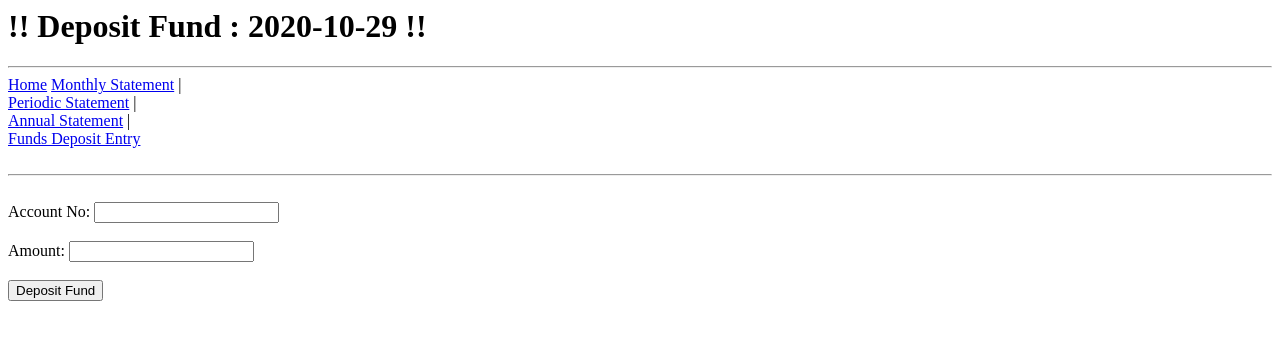
Repository: anik84/ibs
Page: http://localhost/IBS/ibs_representative_funds_deposit_form.jsp
These files come from the project's save history. The page is drawn as it stood at one moment and after the next save; the edit follows.
The browser window is 1280 px wide. The pictures show the whole page.
The page is served by Tomcat 9.

Above is the page before, as saved 2020-11-02 04:18:49.

After the next save:
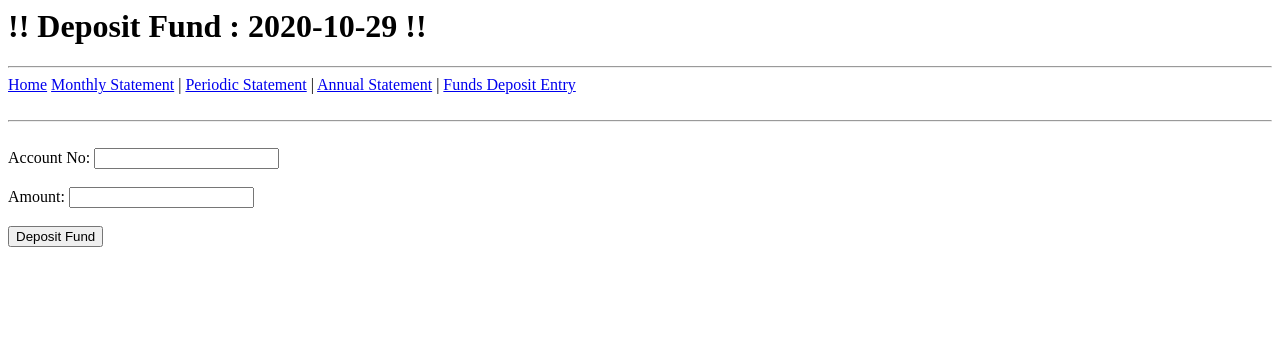
Saved 44 s later.
--- a/IBS_JSPs/IBS/WebContent/ibs_representative_home_menu.jsp
+++ b/IBS_JSPs/IBS/WebContent/ibs_representative_home_menu.jsp
@@ -2,11 +2,11 @@
 	<hr />
 	<a href="ibs_representative_home.jsp">Home</a> <a
 		href="ibs_representative_monthly_statement_form.jsp">Monthly
-		Statement</a> <span> | </span> <br /> <a
+		Statement</a> <span> | </span> <a
 		href="ibs_representative_periodic_statement_form.jsp">Periodic
-		Statement</a> <span> | </span> <br /> <a
+		Statement</a> <span> | </span> <a
 		href="ibs_representative_annual_statement_form.jsp">Annual
-		Statement</a> <span> | </span> <br /> <a
+		Statement</a> <span> | </span> <a
 		href="ibs_representative_funds_deposit_form.jsp">Funds Deposit
 		Entry</a><br /> <br />
 	<hr />
